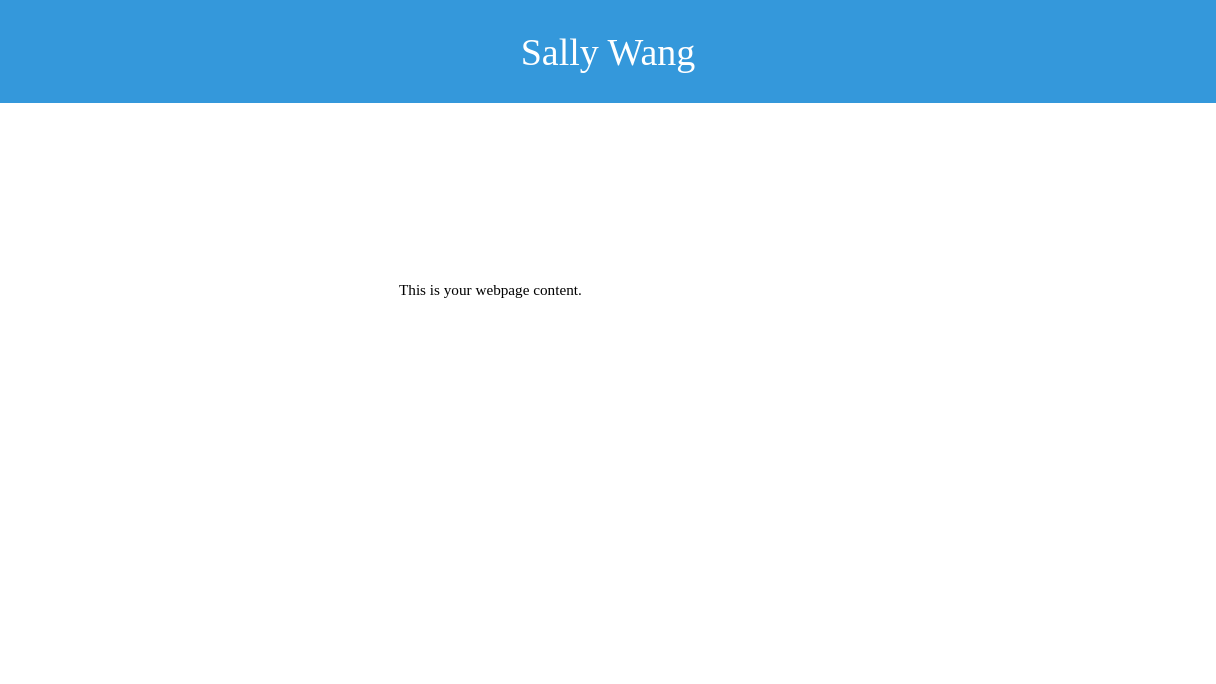
Repository: tianjiewang2022/tianjiewang2022.github.io
Page: index.html
These files come from the project's save history. The page is drawn as it stood at one moment and after the next save; the edit follows.
The browser window is 1280 px wide. The pictures show the whole page, at 95% of full size.

Above is the page before, as saved 2023-10-01 22:04:07.

After the next save:
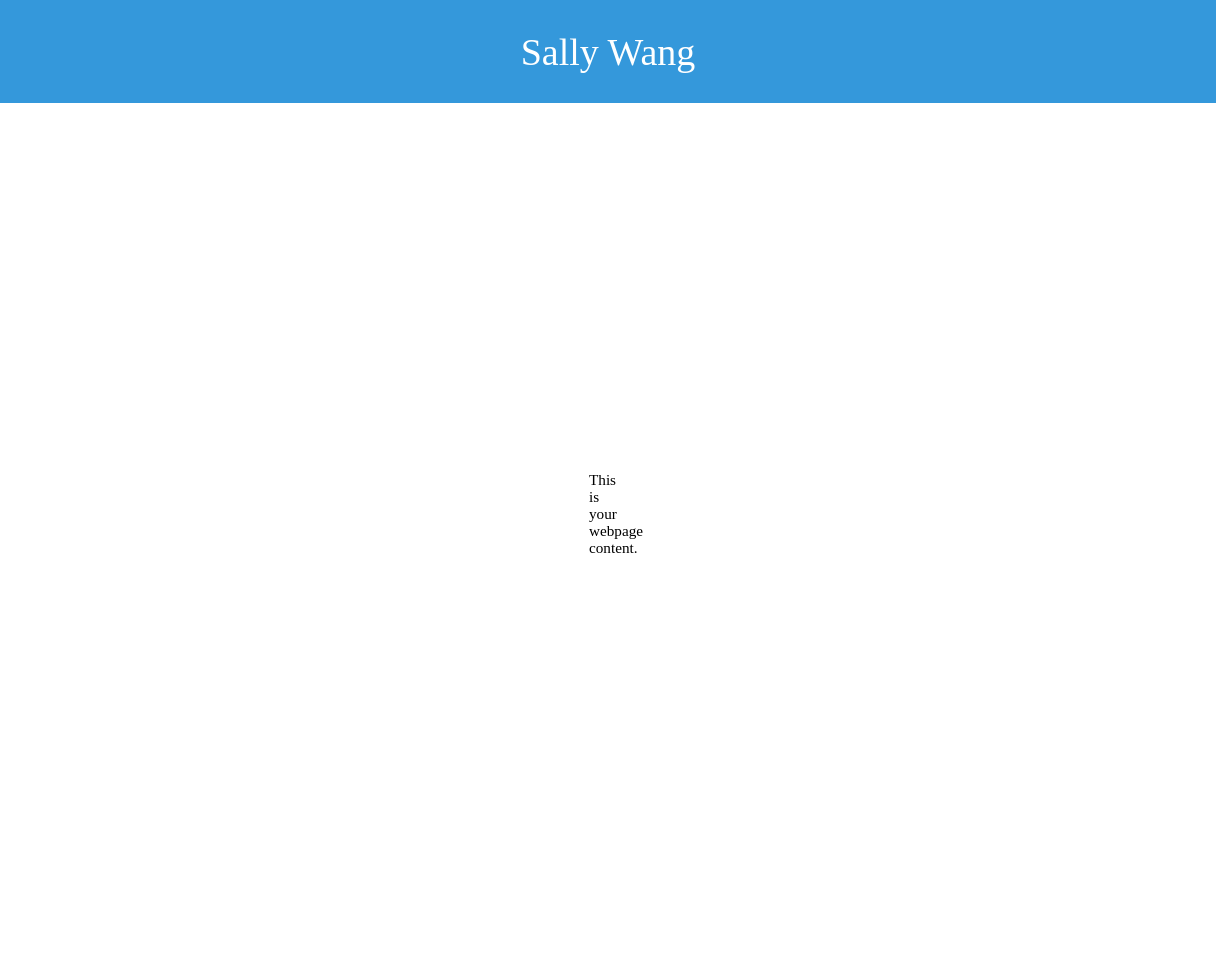
Saved 3 min 47 s later.
--- a/index.html
+++ b/index.html
@@ -7,8 +7,8 @@
         <title>Sally's Webpage</title>
         <style>
             body {
-                margin: 100px;
-                padding: 100px;
+                margin: 200px;
+                padding: 200px;
             }
 
             header {
